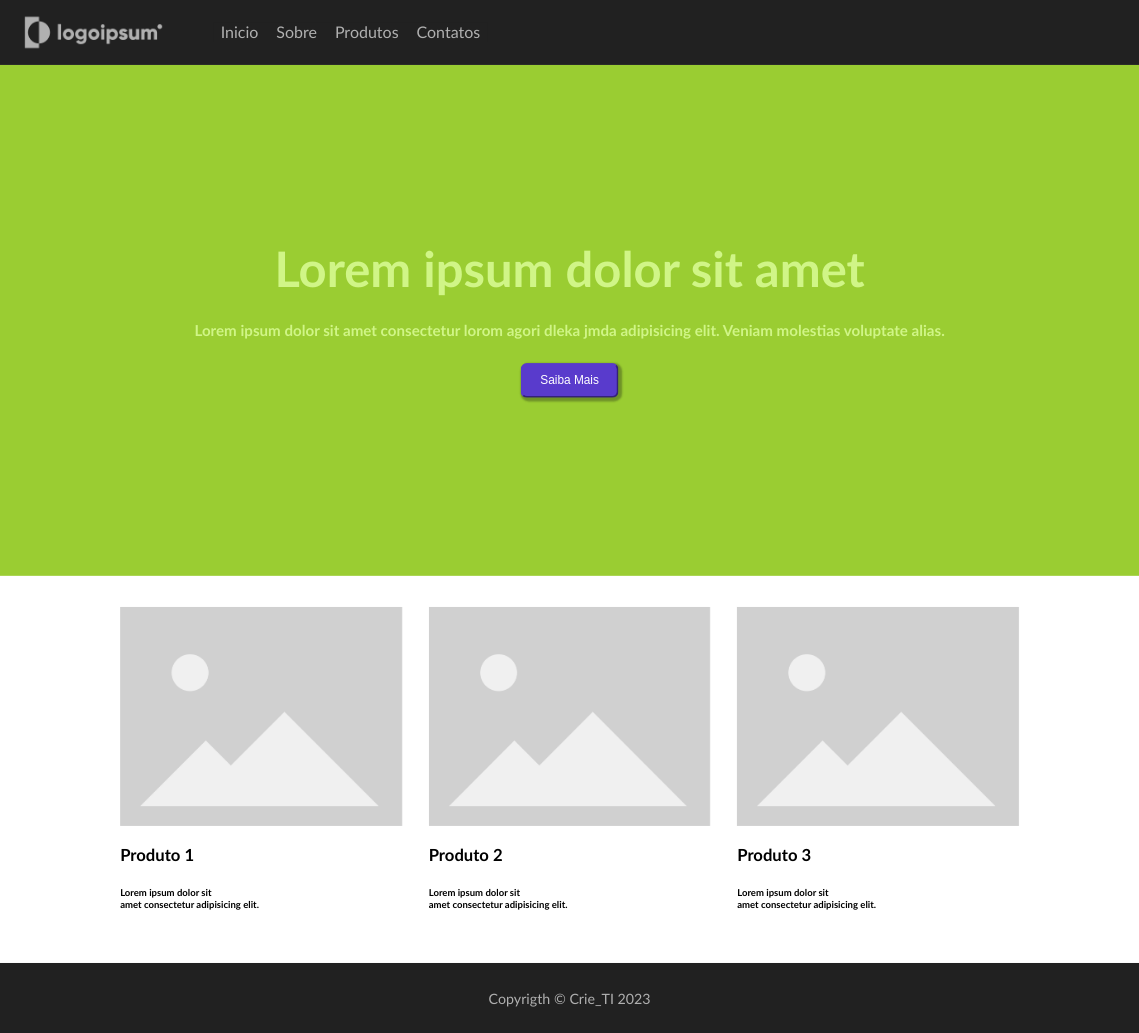
Repository: robsonwssantos/Projeto_Olaria
Page: Exercicios/ex.01/index.html
An editor plug-in stored every save of this project. The page is shown before and after the next save, followed by the edit.
The browser window is 1280 px wide. The pictures show the whole page, at 89% of full size.

Above is the page before, as saved 2023-04-21 13:30:36.

After the next save:
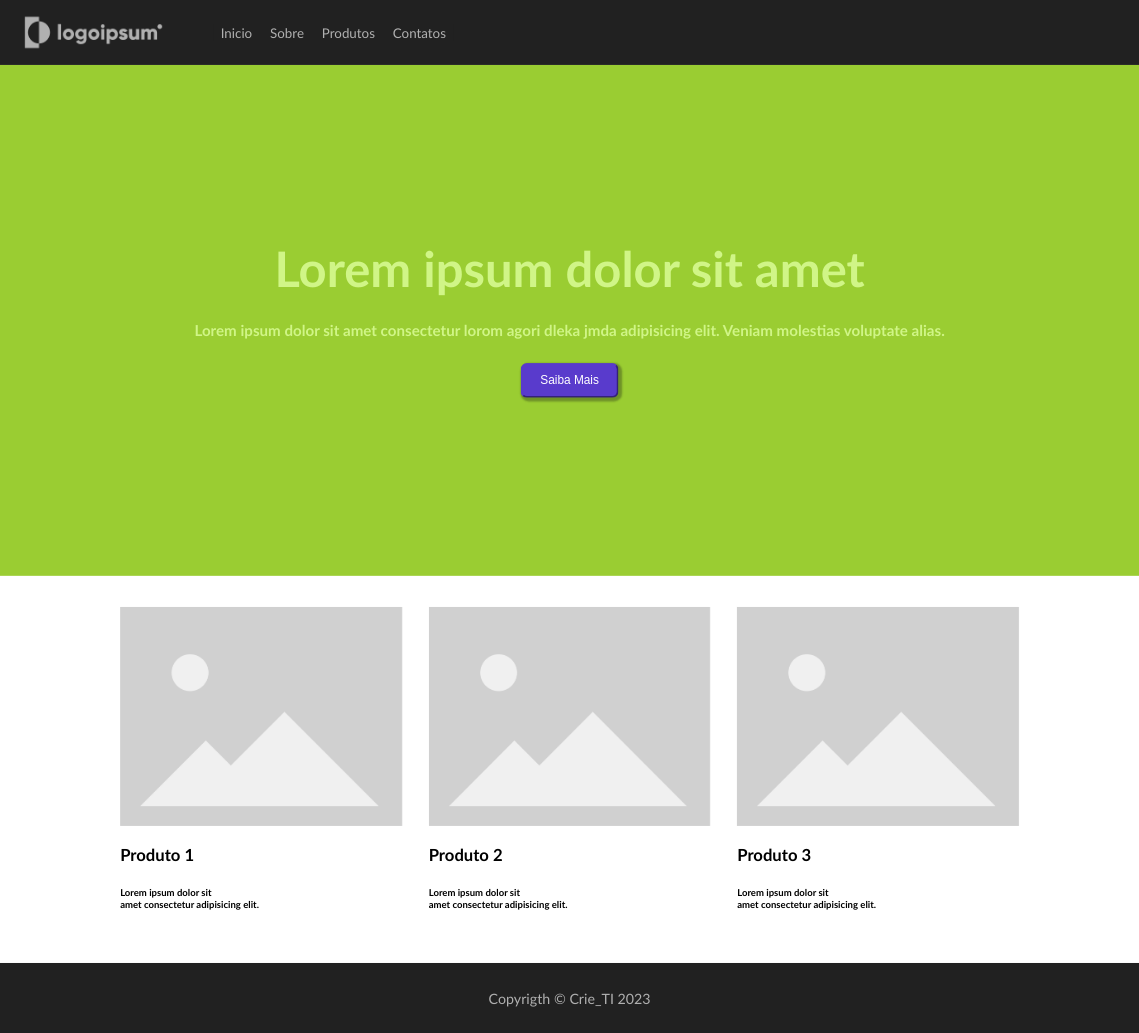
Saved 13 s later.
--- a/Exercicios/ex.01/index.html
+++ b/Exercicios/ex.01/index.html
@@ -65,7 +65,7 @@
         }
 
         header a {
-            font-size: 18px;
+            font-size: 15px;
             margin: 8px;
             text-decoration: none;
             color: #B0B0B0;
